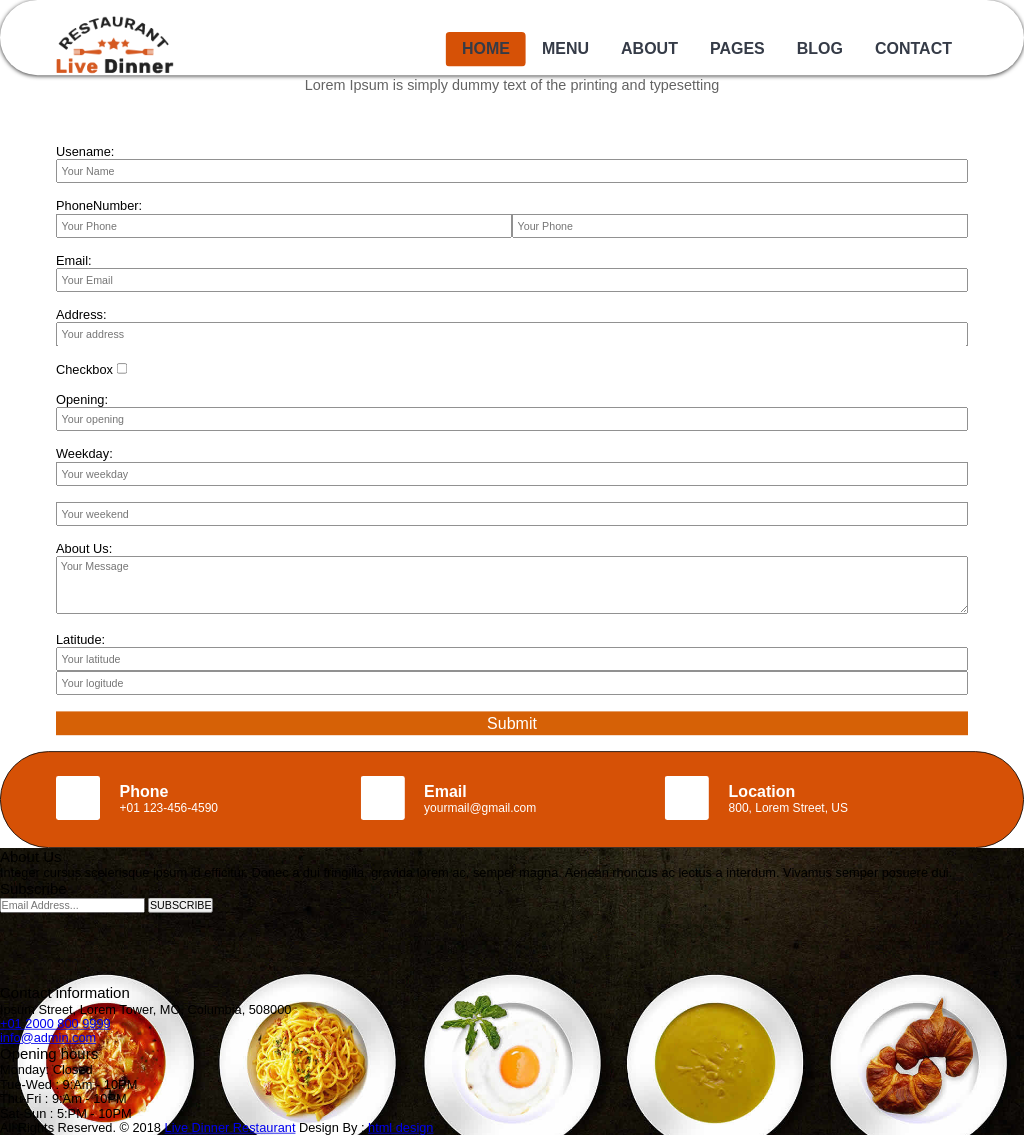
Repository: Hoa7604/kist_Java
Page: http://localhost/jdbc1/contact/list
The author's editor kept a copy of each file at every save. The page is drawn from the files as they stood at one save, then again after the next save.
The browser window is 1280 px wide. The pictures show the whole page, at 80% of full size.
The page is served by Tomcat 9. Other server files are loaded and not shown. Queries for data that is not in the repository find no rows.

Above is the page before, as saved 2020-08-14 11:43:24.

### pho/jdbc1/WebContent/WEB-INF/views/contact.jsp
<%@page import="tp.kits3.livedinner.io.Contact"%>
<%@page import="java.util.List"%>
<%@ page language="java" contentType="text/html; charset=UTF-8"
    pageEncoding="UTF-8"%>

    <%
    	String contextPath = request.getContextPath();
    	//System.out.println(contextPath);
    	List<Contact> list = (List<Contact>)request.getAttribute("ContactList");
    %>
<!DOCTYPE html>
<html lang="en"><!-- Basic -->
<head>
	<meta charset="utf-8">
    <meta http-equiv="X-UA-Compatible" content="IE=edge">

    <!-- Mobile Metas -->
    <meta name="viewport" content="width=device-width, initial-scale=1">

     <!-- Site Metas -->
    <title>Live Dinner Restaurant</title>
    <meta name="keywords" content="">
    <meta name="description" content="">
    <meta name="author" content="">

    <!-- Site Icons -->
    <link rel="shortcut icon" href="<%=contextPath %>/images/favicon.ico" type="image/x-icon">
    <link rel="apple-touch-icon" href=<%=contextPath %>"images/apple-touch-icon.png">

	<!-- Site CSS -->
    <link rel="stylesheet" href="<%=contextPath %>/css/style.css">
    <!-- Custom CSS -->
    <link rel="stylesheet" href="<%=contextPath %>/css/custom.css">

    <!--[if lt IE 9]>
      <script src="https://oss.maxcdn.com/libs/html5shiv/3.7.0/html5shiv.js"></script>
      <script src="https://oss.maxcdn.com/libs/respond.js/1.4.2/respond.min.js"></script>
    <![endif]-->

</head>

<body>
	<!-- Start header -->
	<header style = "position: fixed;">
		<nav>
			<div class="container">
				<a href="index.html">
					<img src=" <%=contextPath %>/images/logo.png" alt="" />
				</a>
				<button type="button" data-toggle="collapse" data-target="#navbars-rs-food" aria-controls="navbars-rs-food" aria-expanded="false" aria-label="Toggle navigation">
				  <span>Search</span>
				</button>
				<div id="navbars-rs-food">
					<ul>
						<li><a class="active" href="/jdbc1/">Home</a></li>
						<li><a href="#">Menu</a></li>
						<li><a href="#">About</a></li>
						<li >
							<a href="#" id="dropdown-a" onclick="show('subPage')" data-toggle="dropdown">Pages</a><br>
							<div id="subPage" class="drop-menu" aria-labelledby="dropdown-a">
								<a href="reservation.html">Reservation</a>
								<a href="stuff.html">Stuff</a>
								<a href="gallery.html">Gallery</a>
							</div>
						</li>
						<li>
							<a href="#" id="dropdown-a" onclick="show('subBlog')" data-toggle="dropdown">Blog</a>
							<div id = "subBlog" class="drop-menu" aria-labelledby="dropdown-a">
								<a href="blog.html">blog</a>
								<a href="blog-details.html">Blog Single</a>
							</div>
						</li>
						<li><a href="#">Contact</a></li>
					</ul>
				</div>
			</div>
		</nav>
	</header>
	<!-- End header -->


	<!-- Start Contact -->
	<div class="contact-box-start">
		<div class="container">
			<div class="row">
				<div class="title-box">
					<div class="wrap-title">
						<h2>Contact</h2>
						<p>Lorem Ipsum is simply dummy text of the printing and typesetting</p>
					</div>
				</div>
			</div>
			<div class="row">
				<div class="wrap-form">
					<form id="contactForm">
						<div class="wrap-sub-form">
							<div class="wrap wrap-user">
								<div class=" box user-box">
									Usename:
									<input type="text" id="name" name="name" placeholder="Your Name" required data-error="Please enter your name">
									<div ></div>
								</div>
							</div>
							<div class="wrap  wrap-phone">
								PhoneNumber:
								<div class="box phone-box">
									<input type="phone" id="priphone" name="priphone" placeholder="Your Phone" required data-error="Please enter your priphone">
									<input type="phone" id="subphone" name="subphone" placeholder="Your Phone" data-error="Please enter your subphone">
								</div>
							</div>
							<div class="wrap  wrap-mail">
								<div class="box email-box">
									Email:
									<input type="text" placeholder="Your Email" id="email" name="name" required data-error="Please enter your email">
									<div ></div>
								</div>
							</div>
							<div class="wrap  wrap-address">
								<div class="box address-box">
									Address:
									<input type="text" placeholder="Your address" id="address" name="address" required data-error="Please enter your email">
									<div ></div>
								</div>
							</div>
							<div class="wrap  wrap-check">
								<div class="box check-box">
									Checkbox
									<input type="checkbox" id="unused" name="unused"  data-error="Please enter your check">
									<div ></div>
								</div>
							</div>
							<div class="wrap  wrap-opening">
								<div class="box opening-box">
									Opening:
									<input type="text" placeholder="Your opening" id="opening" name="opening" required data-error="Please enter your opening">
									<div ></div>
								</div>
							</div>
							<div class="wrap  wrap-weekday">
								<div class="box weekday-box">
									Weekday:
									<input type="text" placeholder="Your weekday" id="weekday" name="weekday" required data-error="Please enter your weekday">
									<div ></div>
								</div>
							</div>
							<div class="wrap wrap-weekend">
								<div class="box weekend-box">
									<input type="text" placeholder="Your weekend" id="weekend" name="weekend" required data-error="Please enter your weekend">
									<div ></div>
								</div>
							</div>
							<div class="wrap  wrap-aboutus" >
								<div class="box aboutus-box">
									About Us:
									<textarea id="aboutus" placeholder="Your Message" rows="4" data-error="Write your message" required></textarea>
									<div ></div>
								</div>
							</div>
							<div class="wrap  wrap-latitude">
								<div class="box latitude-box">
									Latitude:
									<input type="text" placeholder="Your latitude" id="latitude" name="latitude" required data-error="Please enter your latitude">
									<input type="text" placeholder="Your logitude" id="logitude" name="logitude" required data-error="Please enter your logitude">
									<div ></div>
								</div>
							</div>
							<div class="wrap  wrap-submit">
								<div class="box submit-box">
									<input type="submit" name="submit" value="Submit">
								</div>
							</div>

						</div>
					</form>
				</div>
			</div>
		</div>
	</div>
	<!-- End Contact -->

	<!-- Start Contact info -->
	<div class="contact-box">
		<div class="container">
			<div class="row" >
				<div class="wrap-item">
					<i class="mof-fa fa fa-volume-control-phone" aria-hidden="true"></i>
					<div class=" wrap-common wrap-phone ">
						<h4>Phone</h4>
						<p>
							+01 123-456-4590
						</p>
					</div>
					<i class="mof-arrow fa fa-angle-double-right" aria-hidden="true"></i>
				</div>
				<div class="wrap-item">
					<i class="mof-fa fa fa-envelope" aria-hidden="true"></i>
					<div class=" wrap-common wrap-email">
						<h4>Email</h4>
						<p>
							yourmail@gmail.com
						</p>
					</div>
					<i class="mof-arrow fa fa-angle-double-right" aria-hidden="true"></i>
				</div>
				<div class="wrap-item">
					<i class="mof-fa fa fa-map-marker" aria-hidden="true"></i>
					<div class=" wrap-common wrap-location">
						<h4>Location</h4>
						<p>
							800, Lorem Street, US
						</p>
					</div>

				</div>
			</div>
		</div>
	</div>
	<!-- End Contact info -->

	<!-- Start Footer -->
	<footer>
		<div >
			<div >
				<div>
					<h3>About Us</h3>
					<p>Integer cursus scelerisque ipsum id efficitur. Donec a dui fringilla, gravida lorem ac, semper magna. Aenean rhoncus ac lectus a interdum. Vivamus semper posuere dui.</p>
				</div>
				<div>
					<h3>Subscribe</h3>
					<div>
						<form>
							<input name="EMAIL" id="subs-email" placeholder="Email Address..." type="email">
							<button type="submit" >SUBSCRIBE</button>
							<div ></div>
						</form>
					</div>
					<ul>
						<li><a href="#"><i aria-hidden="true"></i></a></li>
						<li><a href="#"><i aria-hidden="true"></i></a></li>
						<li><a href="#"><i aria-hidden="true"></i></a></li>
						<li><a href="#"><i aria-hidden="true"></i></a></li>
						<li><a href="#"><i aria-hidden="true"></i></a></li>
					</ul>
				</div>
				<div>
					<h3>Contact information</h3>
					<p>Ipsum Street, Lorem Tower, MO, Columbia, 508000</p>
					<p><a href="#">+01 2000 800 9999</a></p>
					<p><a href="#"> info@admin.com</a></p>
				</div>
				<div>
					<h3>Opening hours</h3>
					<p><span>Monday: </span>Closed</p>
					<p><span>Tue-Wed :</span> 9:Am - 10PM</p>
					<p><span>Thu-Fri :</span> 9:Am - 10PM</p>
					<p><span>Sat-Sun :</span> 5:PM - 10PM</p>
				</div>
			</div>
		</div>

		<div>
			<div >
				<div >
					<div>
						<p>All Rights Reserved. &copy; 2018 <a href="#">Live Dinner Restaurant</a> Design By :
					<a href="#">html design</a></p>
					</div>
				</div>
			</div>
		</div>

	</footer>
	<!-- End Footer -->

	<a href="#" id="back-to-top" title="Back to top" style="display: none;"><i aria-hidden="true"></i></a>

	<!-- ALL JS FILES -->
    <!-- ALL PLUGINS -->
    <script src="js/custom.js"></script>
</body>
</html>

### pho/jdbc1/src/tp/kits3/servlet/contactServlet.java
package tp.kits3.servlet;

import java.io.IOException;
import java.sql.Connection;
import java.sql.DriverManager;
import java.sql.ResultSet;
import java.sql.SQLException;
import java.sql.Statement;
import java.util.ArrayList;
import java.util.List;

import javax.servlet.RequestDispatcher;
import javax.servlet.ServletException;
import javax.servlet.annotation.WebServlet;
import javax.servlet.http.HttpServlet;
import javax.servlet.http.HttpServletRequest;
import javax.servlet.http.HttpServletResponse;
import javax.sql.DataSource;

import td.kits3.livedinner.dao.ContactDAO;
import tp.kits3.livedinner.io.Category;
import tp.kits3.livedinner.io.Contact;

/**
 * Servlet implementation class contactServlet
 */
@WebServlet("/contact/list")
public class contactServlet extends HttpServlet {
	private static final long serialVersionUID = 1L;
    /**
     * @see HttpServlet#HttpServlet()
     */
    public contactServlet() {
        super();
        // TODO Auto-generated constructor stub
    }

	/**
	 * @see HttpServlet#doGet(HttpServletRequest request, HttpServletResponse response)
	 */
	protected void doGet(HttpServletRequest request, HttpServletResponse response) throws ServletException, IOException {
		// TODO Auto-generated method stub
		ContactDAO contactdao = new ContactDAO();
		Contact contact = new Contact();
		List<Contact> list = new ArrayList<Contact>();
		list = contactdao.findAll();
		System.out.println(list);
		if (list.size() == 0) {
			System.out.println("List none");
		}
		String divList = "<div class'ctgList'>";
		for(Contact ct : list) {
			divList += "<p><a href='update?coid="+ ct.getCoid()+ "'>" + ct.toString() + "</a></p>";

		}
		divList += "<p><a href='add'>/contact/add</p></a>";
		divList += "</div>";

		response.setContentType("text/html; charset = UTF-8");
		response.getWriter().append(divList);

		//*************************************//
		request.setAttribute("ContactList", list);

		String profix = "/WEB-INF/views/";
		String subfix = ".jsp";
		RequestDispatcher dispatcher = request.getRequestDispatcher(profix + "contact" +subfix);
		dispatcher.forward(request, response);


	}

	/**
	 * @see HttpServlet#doPost(HttpServletRequest request, HttpServletResponse response)
	 */
	protected void doPost(HttpServletRequest request, HttpServletResponse response) throws ServletException, IOException {
		// TODO Auto-generated method stub
		doGet(request, response);
	}

	@Override
	public String toString() {
		// TODO Auto-generated method stub
		return super.toString();
	}
}

### pho/jdbc1/src/tp/kits3/livedinner/io/Contact.java
package tp.kits3.livedinner.io;
public class Contact {

    private Integer coid;

    private String coname;

    private String priphone;

    private String subphone;

    private String email;

    private String address;

    private Boolean unused;

    private String opening;

    private String weekday;

    private String weekend;

    private String aboutus;

    private Double latitude;

    private Double logitude;

    public Integer getCoid() {
        return coid;
    }

    public void setCoid(Integer coid) {
        this.coid = coid;
    }

    public String getConame() {
        return coname;
    }

    public void setConame(String coname) {
        this.coname = coname;
    }

    public String getPriphone() {
        return priphone;
    }

    public void setPriphone(String priphone) {
        this.priphone = priphone;
    }

    public String getSubphone() {
        return subphone;
    }

    public void setSubphone(String subphone) {
        this.subphone = subphone;
    }

    public String getEmail() {
        return email;
    }

    public void setEmail(String email) {
        this.email = email;
    }

    public String getAddress() {
        return address;
    }

    public void setAddress(String address) {
        this.address = address;
    }

    public Boolean getUnused() {
        return unused;
    }

    public void setUnused(Boolean unused) {
        this.unused = unused;
    }

    public String getOpening() {
        return opening;
    }

    public void setOpening(String opening) {
        this.opening = opening;
    }

    public String getWeekday() {
        return weekday;
    }

    public void setWeekday(String weekday) {
        this.weekday = weekday;
    }

    public String getWeekend() {
        return weekend;
    }

    public void setWeekend(String weekend) {
        this.weekend = weekend;
    }

    public String getAboutus() {
        return aboutus;
    }

    public void setAboutus(String aboutus) {
        this.aboutus = aboutus;
    }

    public Double getLatitude() {
        return latitude;
    }

    public void setLatitude(Double latitude) {
        this.latitude = latitude;
    }

    public Double getLogitude() {
        return logitude;
    }

    public void setLogitude(Double logitude) {
        this.logitude = logitude;
    }

    // Contact 모델 복사
    public void CopyData(Contact param)
    {
        this.coid = param.getCoid();
        this.coname = param.getConame();
        this.priphone = param.getPriphone();
        this.subphone = param.getSubphone();
        this.email = param.getEmail();
        this.address = param.getAddress();
        this.unused = param.getUnused();
        this.opening = param.getOpening();
        this.weekday = param.getWeekday();
        this.weekend = param.getWeekend();
        this.aboutus = param.getAboutus();
        this.latitude = param.getLatitude();
        this.logitude = param.getLogitude();
    }

	@Override
	public String toString() {
		return "Contact [coid=" + coid + ", coname=" + coname + ", priphone=" + priphone + ", subphone=" + subphone
				+ ", email=" + email + ", address=" + address + ", unused=" + unused + ", opening=" + opening
				+ ", weekday=" + weekday + ", weekend=" + weekend + ", aboutus=" + aboutus + ", latitude=" + latitude
				+ ", logitude=" + logitude + "]";
	}
}

### pho/jdbc1/WebContent/css/custom.css
*{margin: 0; padding: 0; font-family: 'Rubik', sans-serif; font-weight: 500;}

.font-style1 {font-weight: 100;}
.font-style2 {font-weight: 300;}
.font-style3 {font-weight: 400;}
.font-style4 {font-weight: 500;}
.font-style5 {font-weight: 700;}
.font-style6 {font-weight: 900;}

.container {
    max-width: 1140px;
    margin: 0 auto;
    position: relative;
    overflow: hidden;
}

/* CONTACT */
.all-pages {
    background-image: url(../images/all-bg.jpg);
    background-repeat: no-repeat;
    background-position: center center;
    background-size: cover;
    height: 50vh;
    background-attachment: fixed;
}
.all-pages .container {}
.all-pages .container .row {
    width: 100%;
}
.all-pages .container .row .wrap {
    text-align: center;
    display: inline-block;
    line-height: 50vh;
    width: 100%;
}
.all-pages .container .row .wrap h1{
    color: #fff;
    font-size: 40px;
    font-weight: bold;
}

.contact-box-start{
    background-color: #ffffff;
    border: none;
    padding-top: 50px;
}
.contact-box .container {}
.contact-box .container .row {}

.contact-box .container .row .title-box {}
.contact-box .container .row .title-box .wrap-title {}
.contact-box .container .row .title-box .wrap-title h2{}
.contact-box .container .row .title-box .wrap-title p{}

.row .wrap-form {width: 100%;}

#contactForm {width:100%;}
#contactForm .wrap-sub-form {}
#contactForm .wrap-sub-form input[type="text"]{
    width: 100%;
    height: 30px;
    box-sizing: border-box;
    padding: 5px;
}

#contactForm .wrap-sub-form input[type="phone"]{
    width: 50%;
    height: 30px;
    box-sizing: border-box;
    float: left;
    padding: 5px;
}

#contactForm .wrap-sub-form textarea{
    width: 100%;
    box-sizing: border-box;
    padding: 5px;
}

#contactForm .wrap-sub-form input[type="submit"]{
    width: 100%;
    height: 30px;
    line-height: 30px;
    background-color: #d66106;
    box-sizing: border-box;
    border: none;
    color: #ffffff;
    font-size: 20px;

}

#contactForm .wrap-sub-form .wrap {}
#contactForm .wrap-sub-form .wrap .box {padding-bottom: 20px; overflow: hidden;}

/* END CONTACT */

Loaded but not shown: pho/jdbc1/WebContent/css/style.css (686 lines, source omitted); pho/jdbc1/src/td/kits3/livedinner/dao/ContactDAO.java (179 lines, source omitted)

After the next save:
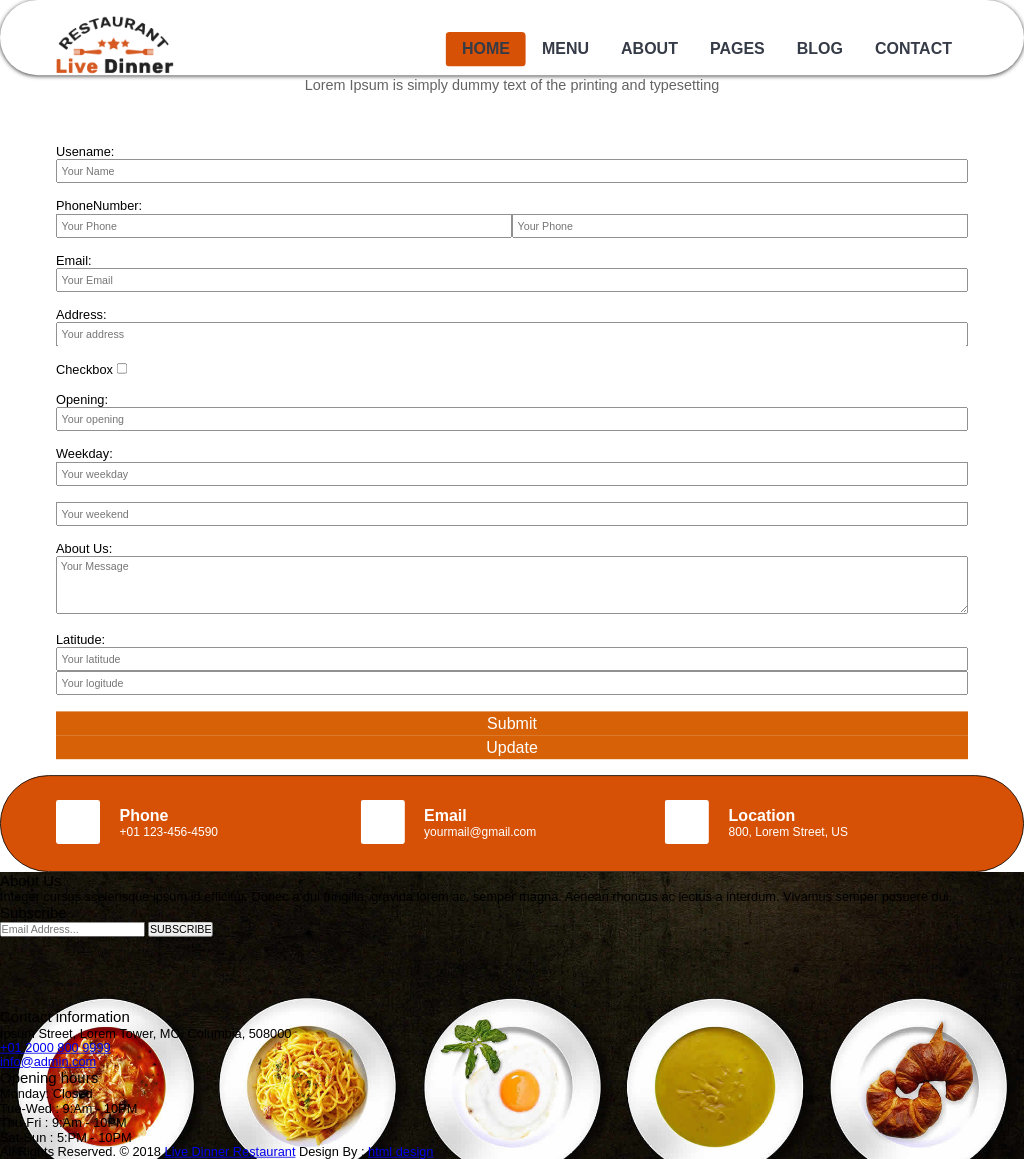
Saved 109 s later.
--- a/pho/jdbc1/WebContent/WEB-INF/views/contact.jsp
+++ b/pho/jdbc1/WebContent/WEB-INF/views/contact.jsp
@@ -167,6 +167,7 @@
 							<div class="wrap  wrap-submit">
 								<div class="box submit-box">
 									<input type="submit" name="submit" value="Submit">
+									<input type="submit" name="submit" value="Update">
 								</div>
 							</div>
 
